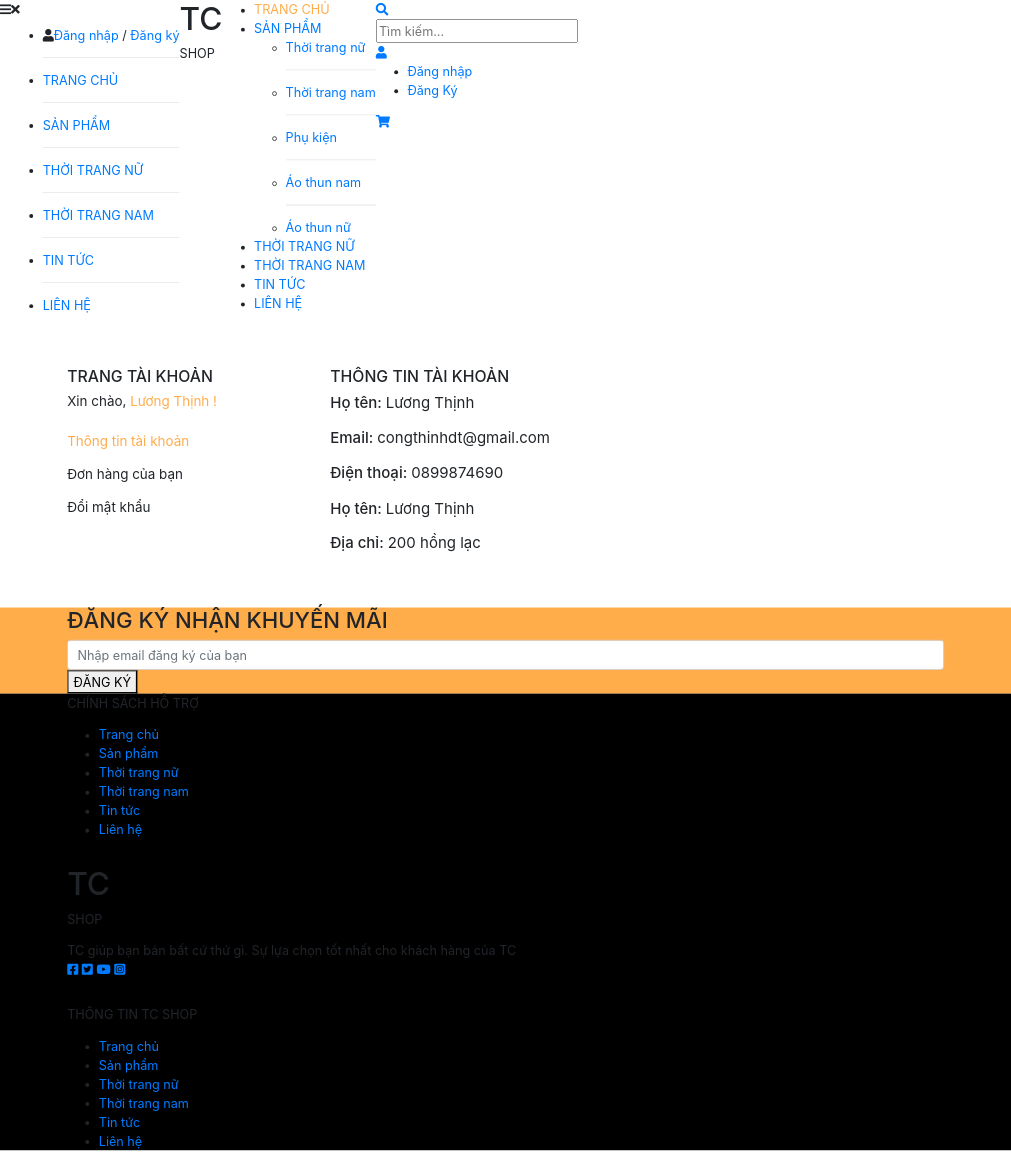
Repository: congthinh1701/TCshop
Page: ThongTinTaiKhoan.html
An editor plug-in stored every save of this project. The page is shown before and after the next save, followed by the edit.
The browser window is 1280 px wide. The pictures show the whole page, at 79% of full size.
The style sheet was rebuilt from its Sass, Less or Tailwind sources for each picture, by a compiler version that may differ from the author's.

Above is the page before, as saved 2021-09-08 17:17:51.

### ThongTinTaiKhoan.html
<!DOCTYPE html>
<html lang="en">
<head>
    <meta charset="UTF-8">
    <meta http-equiv="X-UA-Compatible" content="IE=edge">
    <meta name="viewport" content="width=device-width, initial-scale=1.0">
    <title>Document</title>
    <link rel="stylesheet" href="fontawesome-free-5.15.4-web/css/all.css">
    <link rel="stylesheet" href="sass/style.css">
</head>
<body>
    <div id="headerID"> <!-- your header --> </div>
    <div class="container admin">
        <div class="trang-tai-khoan">
            <h5>TRANG TÀI KHOẢN</h5>
            <div class="trang-tai-khoan-hello left ">
                <p>Xin chào, <span>Lương Thịnh !</span></p>
            </div>
            <div class="trang-tai-khoan-thong-tin left active">
                <p>Thông tin tài khoản</p>
            </div>
            <div class="trang-tai-khoan-hello left">
                <p>Đơn hàng của bạn</p>
            </div>
            <div class="trang-tai-khoan-hello left">
                <p>Đổi mật khẩu</p>
            </div>
        </div>
        <div class="thong-tin-tai-khoan">
            <h5>THÔNG TIN TÀI KHOẢN</h5>
            <div class="thong-tin-tai-khoan-name">
                <p><span>Họ tên: </span>Lương Thịnh</p>
                <p><span>Email: </span>congthinhdt@gmail.com</p>
                <p><span>Điện thoại: </span>0899874690</p>
                <p><span>Họ tên: </span>Lương Thịnh</p>
                <p><span>Địa chỉ: </span>200 hồng lạc</p>
            </div>
        </div>
    </div>
    <div id="footerID"> <!-- your header --> </div>
    <script src="https://cdnjs.cloudflare.com/ajax/libs/jquery/3.6.0/jquery.min.js" integrity="sha512-894YE6QWD5I59HgZOGReFYm4dnWc1Qt5NtvYSaNcOP+u1T9qYdvdihz0PPSiiqn/+/3e7Jo4EaG7TubfWGUrMQ==" crossorigin="anonymous" referrerpolicy="no-referrer"></script>
    <script>
        $("#headerID").load("header.html");
        $("#footerID").load("footer.html");
      </script>
</body>
</html>

### header.html
<!DOCTYPE html>
<html lang="en">
<head>
    <meta charset="UTF-8">
    <meta http-equiv="X-UA-Compatible" content="IE=edge">
    <meta name="viewport" content="width=device-width, initial-scale=1.0">
    <title>Document</title>
    <link rel="stylesheet" href="assets/css/style.css">
    <link rel="stylesheet" href="assets/css/base.css">
    <link rel="stylesheet" href="fontawesome-free-5.15.4-web/css/all.css">
    <link rel="stylesheet" href="https://maxcdn.bootstrapcdn.com/bootstrap/4.1.3/css/bootstrap.min.css">
    <script src="https://maxcdn.bootstrapcdn.com/bootstrap/4.1.3/js/bootstrap.min.js"></script>
</head>
<body>
    <div class="container-lg">
        <div class="nav">
            <label for="nav-mobile-input" class="nav_bars-btn">
                <i class="fas fa-bars"></i>
            </label>

            <input hidden type="checkbox" name="" class="nav_input" id="nav-mobile-input">
            <label for="nav-mobile-input" class="nav_overlay"></label>
            <nav class="nav-mobile">
                <label for="nav-mobile-input" class="nav__mobile-close">
                    <i class="fas fa-times"></i>
                </label>
                <ul class="nav__mobile-list">

                    <li class="nav__mobile-list-user">

                        <p><i class="fas fa-user"></i><a href="#">Đăng nhập</a> <span>/</span> <a href="#">Đăng ký</a>
                        </p>
                    </li>
                    <hr>
                    <li>
                        <a href="" class="nav__mobile-link">TRANG CHỦ</a>
                    </li>
                    <hr>
                    <li>
                        <a href="" class="nav__mobile-link">SẢN PHẨM</a>
                    </li>
                    <hr>
                    <li>
                        <a href="" class="nav__mobile-link">THỜI TRANG NỮ</a>
                    </li>
                    <hr>
                    <li>
                        <a href="" class="nav__mobile-link">THỜI TRANG NAM</a>
                    </li>
                    <hr>
                    <li>
                        <a href="" class="nav__mobile-link">TIN TỨC</a>
                    </li>
                    <hr>
                    <li>
                        <a href="" class="nav__mobile-link">LIÊN HỆ</a>
                    </li>
                </ul>
            </nav>
            <div class="nav-logo">
                <h1>TC</h1>
                <p>SHOP</p>
            </div>
            <nav class="nav-pc">
                <ul class="nav__list">
                    <li>
                        <a style="color:#ffac4b" href="home.html" class="nav__link">TRANG CHỦ</a>
                    </li>
                    <li class="options">
                        <a href="" class="nav__link">SẢN PHẨM</a>
                        <div class="nav__link-options">
                            <ul class="nav__link-options-list">
                                <li><a href="#">Thời trang nữ</a></li>
                                <hr>
                                <li><a href="#">Thời trang nam</a></li>
                                <hr>
                                <li><a href="#">Phụ kiện</a></li>
                                <hr>
                                <li><a href="#">Áo thun nam</a></li>
                                <hr>
                                <li><a href="#">Áo thun nữ</a></li>
                            </ul>
                        </div>
                    </li>
                    <li>
                        <a href="" class="nav__link">THỜI TRANG NỮ</a>
                    </li>
                    <li>
                        <a href="" class="nav__link">THỜI TRANG NAM</a>
                    </li>
                    <li>
                        <a href="" class="nav__link">TIN TỨC</a>
                    </li>
                    <li>
                        <a href="" class="nav__link">LIÊN HỆ</a>
                    </li>
                </ul>
            </nav>
            <div class="nav-right">
                <div class="search">
                    <a href="#"><i class="fas fa-search"></i></a>
                    <div class="search-hover">
                        <form>
                            <input class="search" type="text" name="search" placeholder="Tìm kiếm..." />
                        </form>
                    </div>
                </div>
                <div class="user">
                    <a href="#"> <i class="fas fa-user"></i></a>
                    <div class="user-hover">
                        <ul class="user-hover-list">
                            <li class="nav_link"><a href="#">Đăng nhập</a></li>
                            <li><a href="#">Đăng Ký</a></li>
                        </ul>
                    </div>
                </div>
                <div class="shopping">
                    <a href="card.html"><i class="fas fa-shopping-cart"></i></a>

                </div>
            </div>


        </div>
    </div>
</body>
</html>

### footer.html
<!DOCTYPE html>
<html lang="en">
<head>
    <meta charset="UTF-8">
    <meta http-equiv="X-UA-Compatible" content="IE=edge">
    <meta name="viewport" content="width=device-width, initial-scale=1.0">
    <title>Document</title>
    <link rel="stylesheet" href="assets/css/style.css">
    <link rel="stylesheet" href="assets/css/base.css">
    <link rel="stylesheet" href="fontawesome-free-5.15.4-web/css/all.css">
    <link rel="stylesheet" href="https://maxcdn.bootstrapcdn.com/bootstrap/4.1.3/css/bootstrap.min.css">
    <script src="https://maxcdn.bootstrapcdn.com/bootstrap/4.1.3/js/bootstrap.min.js"></script>
</head>
<body>
    <div class="container-lg" style="background-color: #ffac4b; margin-top: 50px;">
        <div class="container dangky">
            <div class="dangky-left">
                <h3>ĐĂNG KÝ NHẬN KHUYẾN MÃI</h3>
            </div>
            <div class="dangky-right">
                <form>
                    <input class="form-control" type="text" placeholder="Nhập email đăng ký của bạn">
                    <button type="button">ĐĂNG KÝ</button>
                </form>
            </div>
        </div>
    </div>

    <div class="container-lg" style="background-color: black">
        <div class="container footer">
            <div class="chinhsach-hotro">
                <p class="header">CHÍNH SÁCH HỖ TRỢ</p>
                <ul class="nav-list">
                    <li class="nav_link"><a href="#">Trang chủ</a></li>
                    <li class="nav_link"><a href="#">Sản phẩm</a></li>
                    <li class="nav_link"><a href="#">Thời trang nữ</a></li>
                    <li class="nav_link"><a href="#">Thời trang nam</a></li>
                    <li class="nav_link"><a href="#">Tin tức</a></li>
                    <li class="nav_link"><a href="#">Liên hệ</a></li>
                </ul>
            </div>
            <hr>
            <div class="ketnoi-shop">
                <h1>TC</h1>
                <p>SHOP</p>
                <span>TC giúp bạn bán bất cứ thứ gì. Sự lựa chọn tốt nhất cho khách hàng của TC</span>
                <div class="mangxahoi">
                    <a href="#"><i class="fab fa-facebook-square"></i></a>
                    <a href="#"><i class="fab fa-twitter-square"></i></a>
                    <a href="#"><i class="fab fa-youtube"></i></a>
                    <a href="#"><i class="fab fa-instagram-square"></i></a>
                </div>
            </div>
            <hr>
            <div class="thongtin-shop">
                <p class="header">THÔNG TIN TC SHOP</p>
                <ul class="nav-list">
                    <li class="nav_link"><a href="#">Trang chủ</a></li>
                    <li class="nav_link"><a href="#">Sản phẩm</a></li>
                    <li class="nav_link"><a href="#">Thời trang nữ</a></li>
                    <li class="nav_link"><a href="#">Thời trang nam</a></li>
                    <li class="nav_link"><a href="#">Tin tức</a></li>
                    <li class="nav_link"><a href="#">Liên hệ</a></li>
                </ul>
            </div>
        </div>
    </div>
</body>
</html>

### assets/css/base.css
:root{
    --primary-color:#EE4D2D;
    --primary-color-rgba:rgb(238,75,43);
    --white-color:#fff;
    --black-color:#000;
    --text-color:#333333;
    --font-weight:700;
    --font-size-product:19px;
    --font-weight-product:400;
    --font-size-price:18px;
    --header-height:120px;
    --navbar-height:34px;
    --header-with-search-height:calc(var(var(--header-height)-var(var(--navbar-height))))

}

### sass/style.scss

$text-fontSize:17px;
$text-fontSizeTK:19px;
$fontWeight:500;

.admin{
    display:flex;
    --columns:2;
    margin-top: 50px;
}
.trang-tai-khoan{
    width: calc(100% / var(--columns) - 20%);
    p {
        font-size: $text-fontSize;
        span{
            color: #ffac4b;
        }
    }
    &-thong-tin{
        margin-top:25px
    }
    .active {
        color: #ffac4b;
    }
}
.thong-tin-tai-khoan{
    width: calc(100% / var(--columns) + 20%);
    p{
        font-size: $text-fontSizeTK;
        span{
            font-weight: $fontWeight;
        }
    }
}

Loaded but not shown: fontawesome-free-5.15.4-web/css/all.css (library)

After the next save:
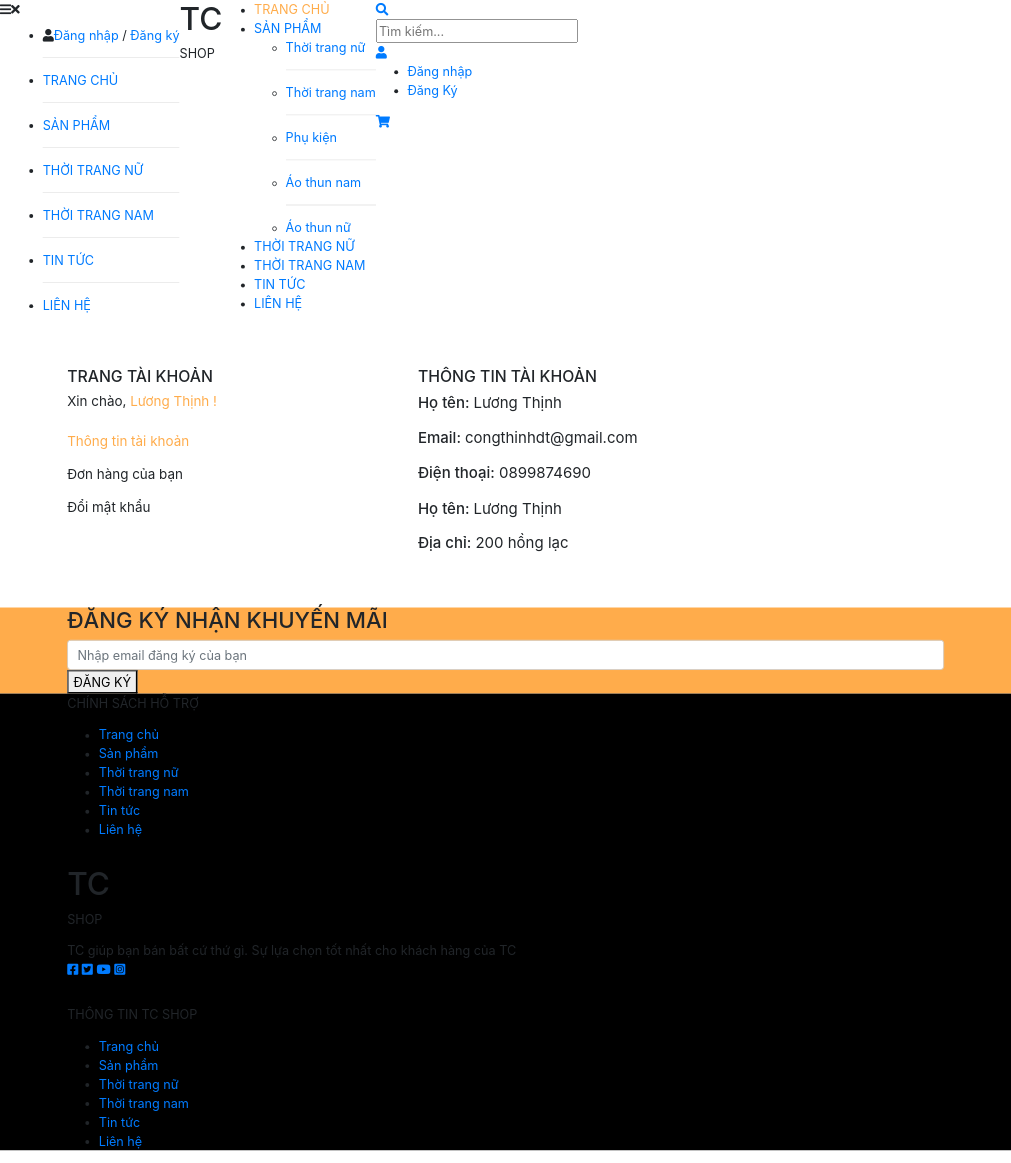
Saved 3 min 38 s later.
--- a/sass/style.scss
+++ b/sass/style.scss
@@ -7,6 +7,9 @@ $fontWeight:500;
     display:flex;
     --columns:2;
     margin-top: 50px;
+    @media (min-width: 923px) {
+        --columns:1;
+    }
 }
 .trang-tai-khoan{
     width: calc(100% / var(--columns) - 20%);
